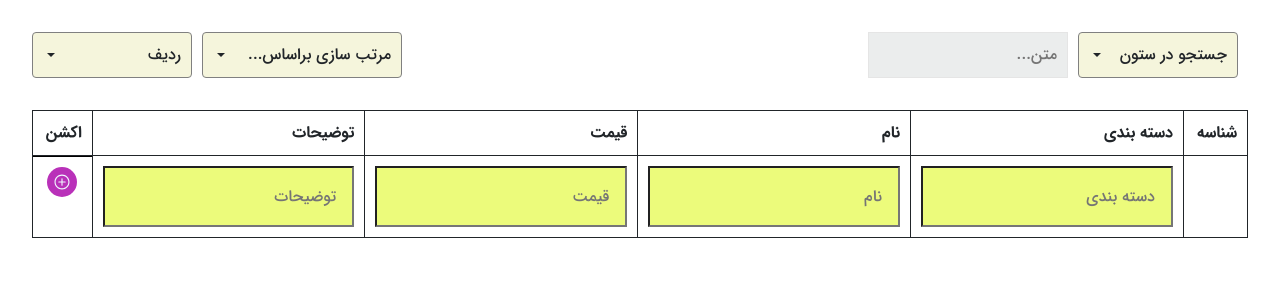
Repository: fateme81yosefi/form_ecco
Page: /
The author's editor kept a copy of each file at every save. The page is drawn from the files as they stood at one save, then again after the next save.
The browser window is 1280 px wide. The pictures show the whole page.
The page's requests for data from a server got no answer. The project was rebuilt for these pictures with package versions that can differ from the ones it lists, and the page was loaded fresh each time. No one was signed in, and anything a server would have sent is missing.

Above is the page before, as saved 2023-03-10 10:45:32.

After the next save:
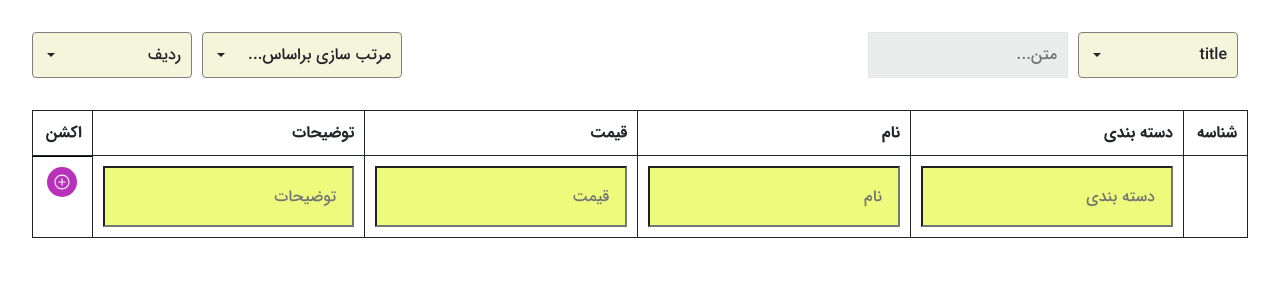
Saved 52 s later.
--- a/src/App.js
+++ b/src/App.js
@@ -293,8 +293,7 @@ function App() {
 
           <div className="dropdown">
             <button className="btn dropdown-toggle" type="button" id="dropdownMenuButton" data-toggle="dropdown" aria-haspopup="true" aria-expanded="false">
-              جستجو در ستون
-            </button>
+{searchIn}            </button>
             <div className="dropdown-menu" aria-labelledby="dropdownMenuButton">
               <a className="dropdown-item" onClick={() => setsearchIn("id")}>شناسه</a>
               <a className="dropdown-item" onClick={() => setsearchIn("category")} >دسته بندی </a>
